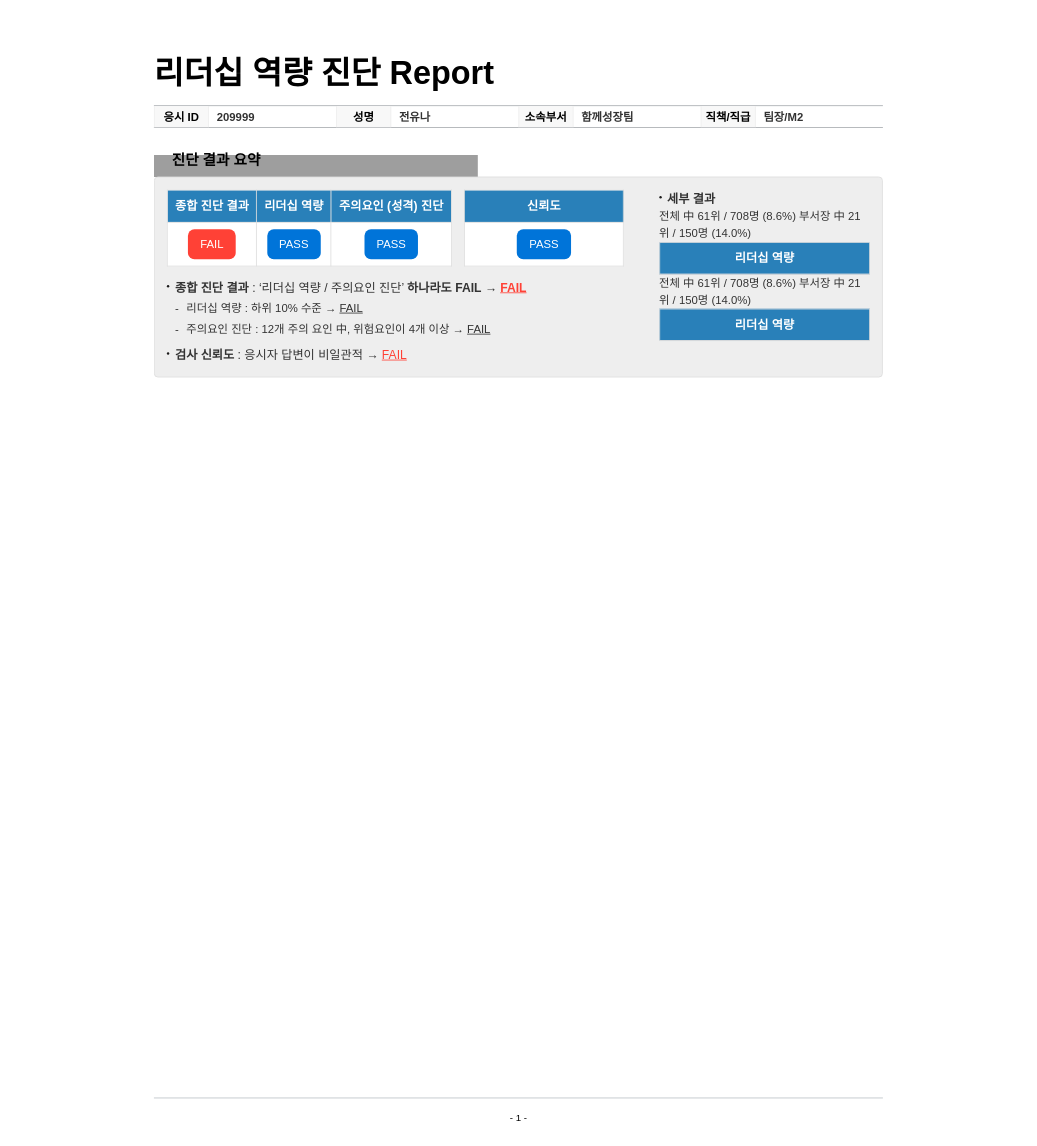
Repository: richosj/report
Page: index.html
The author's editor kept a copy of each file at every save. The page is drawn from the files as they stood at one save, then again after the next save.
The browser window is 1280 px wide. The pictures show the whole page, at 81% of full size.
Pictures or frames that could not be fetched are drawn as grey boxes. Some web fonts or font styles are not loaded; a fallback is used. The style sheet was rebuilt from its Sass, Less or Tailwind sources for each picture, by a compiler version that may differ from the author's.

Above is the page before, as saved 2024-09-21 22:09:50.

After the next save:
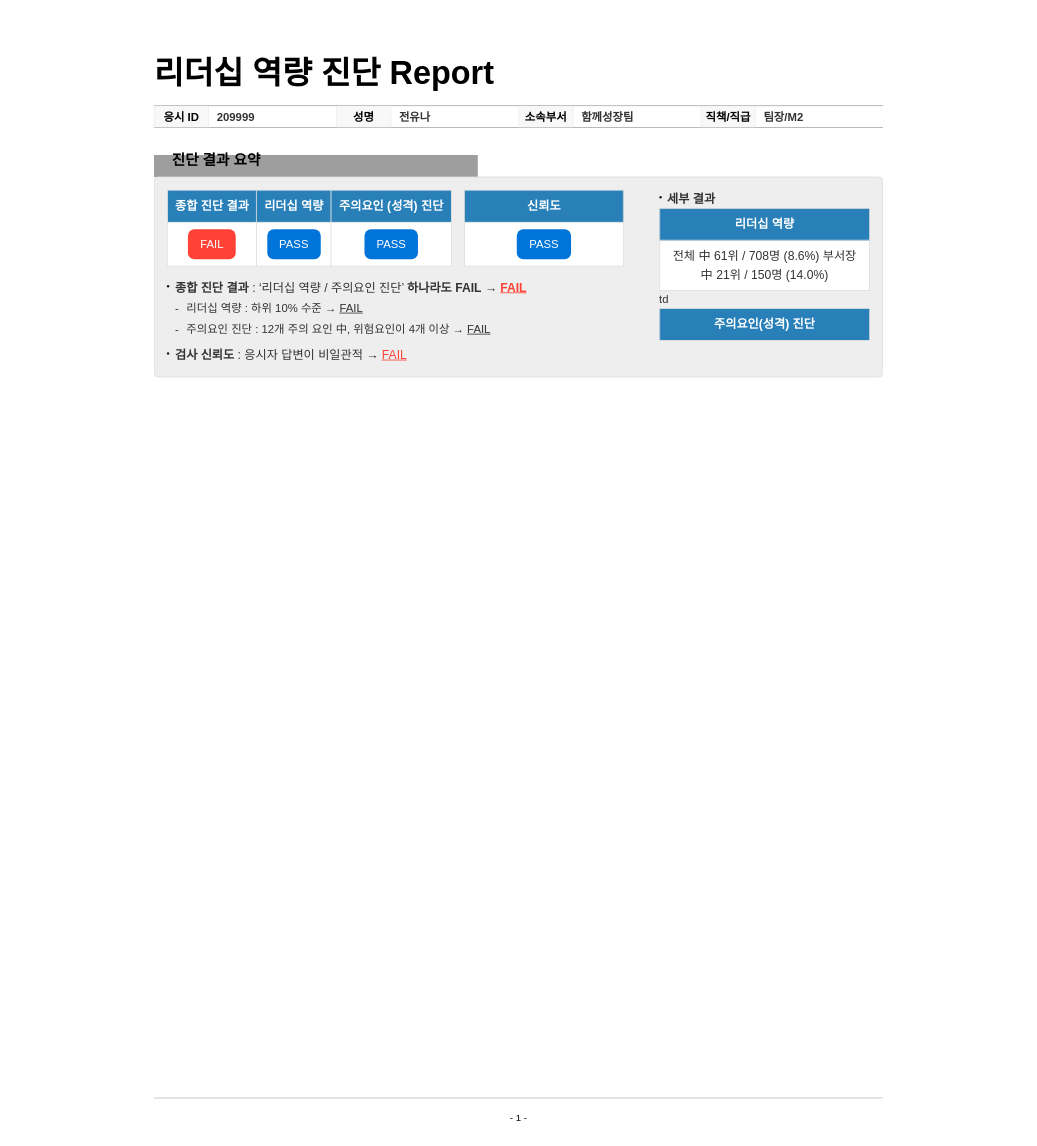
Saved 25 s later.
--- a/index.html
+++ b/index.html
@@ -103,8 +103,10 @@
                                 </thead>
                                 <tbody>
                                     <tr>
-                                        전체 中 61위 / 708명 (8.6%)
+                                        <td>
+                                            전체 中 61위 / 708명 (8.6%)
                                         부서장 中 21위 / 150명 (14.0%)
+                                        </td>
                                     </tr>
                                 </tbody>
                             </table>
@@ -112,13 +114,12 @@
                             <table class="simple-table mt-10">
                                 <thead>
                                     <tr>
-                                        <th>리더십 역량</th>
+                                        <th colspan="3">주의요인(성격) 진단</th>
                                     </tr>
                                 </thead>
                                 <tbody>
                                     <tr>
-                                        전체 中 61위 / 708명 (8.6%)
-                                        부서장 中 21위 / 150명 (14.0%)
+                                        td
                                     </tr>
                                 </tbody>
                             </table>
